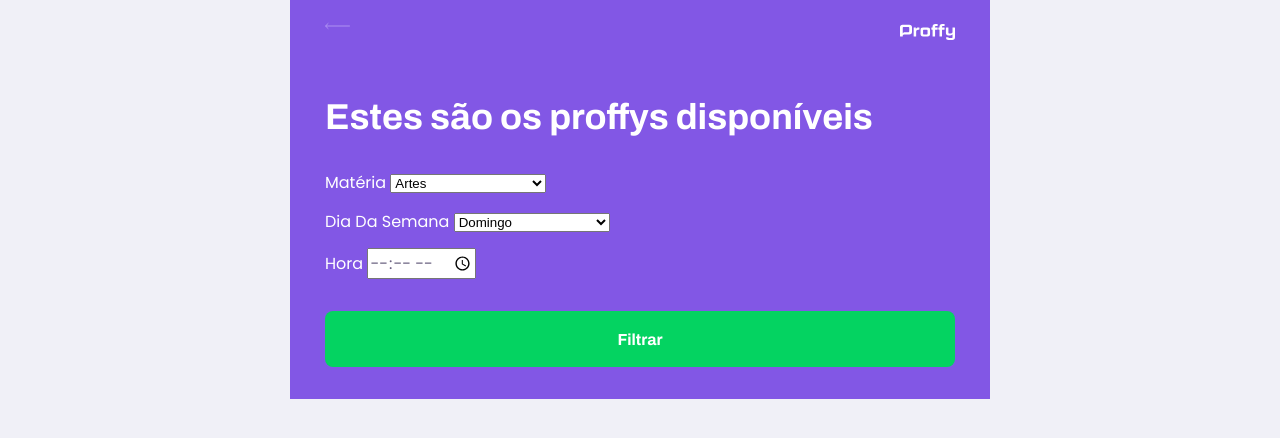
Repository: LukeVersus/NLW
Page: study.html
These files come from the project's save history. The page is drawn as it stood at one moment and after the next save; the edit follows.
The browser window is 1280 px wide. The pictures show the whole page.
The pointer rests on the first visible `#search-teachers button`.

Above is the page before, as saved 2020-08-04 22:22:00.

### study.html
<!DOCTYPE html>
<html lang="pt_br">
<head>
    <meta charset="UTF-8">
    <meta name="viewport" content="width=device-width, initial-scale=1.0">
    <title>Proffy | Sua Plataforma de Estudos Online</title>
    <link rel="stylesheet" href="/styles/main.css">
    <link rel="stylesheet" href="/styles/partials/page-study.css">
    <link href="https://fonts.googleapis.com/css2?family=Archivo:wght@400;700&amp;family=Poppins:wght@400;600&amp;display=swap" rel="stylesheet">

</head>
<body id="page-study">

    <div id="container">
        <header class="page-header">
            <div class="top-bar-container">
                <a href="/">
                    <img src="/images/icons/back.svg" alt="Voltar">
                </a>
                <img src="/images/logo.svg" alt="Proffy">
            </div>
            <div class="header-content">
                <strong>Estes são os proffys disponíveis</strong>
                <form id="search-teachers">
                    <div class="select-block">
                        <label for="subject">Matéria</label>
                        <select name="subject" id="subject">
                            <option value="" disabled="" hidden="">Selecione Uma Opção</option>
                            <option value="1">Artes</option>
                            <option value="2">Biologia</option>
                            <option value="3">Ciências</option>
                            <option value="4">Educação Física</option>
                            <option value="5">Espanhol</option>
                            <option value="6">Física</option>
                            <option value="7">Geografia</option>
                            <option value="8">História</option>
                            <option value="9">Inglês</option>
                            <option value="10">Matemática</option>
                            <option value="11">Português</option>
                            <option value="12">Química</option>
                        </select>
                    </div>
                    <div class="select-block">
                        <label for="weekday">Dia Da Semana</label>
                        <select name="weekday" id="weekday">
                            <option value="" disabled="" hidden="">Selecione Uma Opção</option>
                            <option value="1">Domingo</option>
                            <option value="2">Segunda-Feira</option>
                            <option value="3">Terça-Feira</option>
                            <option value="4">Quarta-Feira</option>
                            <option value="5">Quinta-Feira</option>
                            <option value="6">Sexta-Feira</option>
                            <option value="7">Sábado</option>
                        </select>
                    </div>
                    <div class="input-block">
                        <label for="time">Hora</label>
                        <input name="time" id="time" type="time"/>
                    </div>
                    <button type="submit">Filtrar</button>
                </form>
            </div>
        </header>
    </div>


</body>
</html>

### styles/main.css
:root{
    --color-background: #F0F0F7;
    --color-primary-lighter: #9871F5;
    --color-primary-light: #916BEA;
    --color-primary: #8257E5;
    --color-primary-dark: #774DD6;
    --color-primary-darker: #6842C2;
    --color-secondary: #04D361;
    --color-secondary-dark: #04BF58;
    --color-title-in-primary: #FFFFFF;
    --color-text-in-primary: #D4C2FF;
    --color-text-title: #32264D;
    --color-text-complement: #9C98A6;
    --color-text-base: #6A6180;
    --color-line-in-white: #E6E6F0;
    --color-input-background: #F8F8FC;
    --color-button-text: #FFFFFF;
    --color-box-base: #FFFFFF;
    --color-box-footer: #FAFAFC;
    --color-small-info: #C1BCCC;
    /*tamanho da fonte padrão: 16px - 100% - 1rem */
    font-size: 60%; /*Controle das medidas rem e % */
}

* {
    margin: 0;
    padding: 0;
    box-sizing: border-box;
}

html, body{
    height: 100vh;
}

body{
    background: var(--color-background);
    display: flex;
    align-items: center;
    justify-content: center;
}

body, input, button, textarea{
    font: 500 1.6rem Poppins;
    color: var(--color-text-base);
}

#container{
    width: 90vw;
    max-width: 700px;
}

@media (min-width: 700px){
    :root{
        font-size: 62.5%;
    }
}

### styles/partials/page-study.css
#page-study #container{
    width: 100vw;
    height: 100vh;
}

.page-header{
    background-color: var(--color-primary);
    display: flex;
    flex-direction: column;
}

.page-header .top-bar-container{
    width: 90%;
    margin: 0 auto;
    display: flex;
    align-items: center;
    justify-content: space-between;
    padding: 1.6rem 0;
}

.page-header .top-bar-container a{
    height: 3.2rem;
    transition: opacity 0.2s;
}

.page-header .top-bar-container a:hover{
    opacity: 0.6;
}

.page-header .top-bar-container img{
    height: 1.6rem;
}

.page-header .header-content{
    width: 90%;
    margin: 3.2rem auto;
}

.page-header .header-content strong{
    font: 700 3.6rem Archivo;
    line-height: 4.2rem;
    color: var(--color-title-in-primary);
}

#search-teachers{
    margin-top: 3.2rem;
}

#search-teachers label{
    color: var(--color-title-in-primary);
}

#search-teachers .select-block{
    margin-bottom: 1.4rem;
}

#search-teachers button{
    width: 100%;
    height: 5.6rem;
    background: var(--color-secondary);
    color: var(--color-button-text);
    border: 0;
    border-radius: 0.8rem;
    cursor: pointer;
    font: 700 1.6rem Archivo;
    display: flex;
    align-items: center;
    justify-content: center;
    text-decoration: none;
    transition: background 0.2s;
    margin-top: 3.2rem;
}

After the next save:
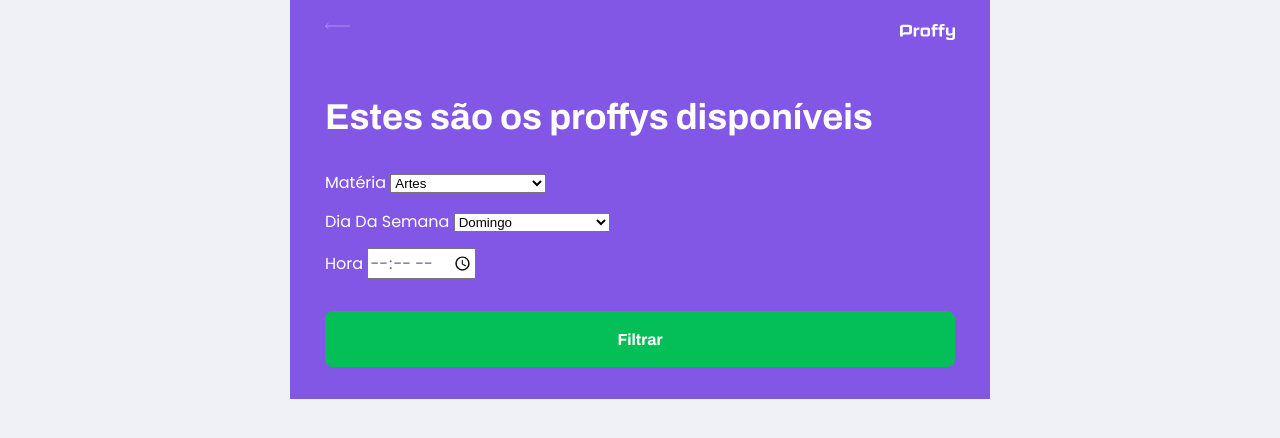
Saved 2 min 0 s later.
--- a/styles/partials/page-study.css
+++ b/styles/partials/page-study.css
@@ -70,3 +70,7 @@
     transition: background 0.2s;
     margin-top: 3.2rem;
 }
+
+#search-teachers button:hover{
+    background-color: var(--color-secondary-dark);
+}
